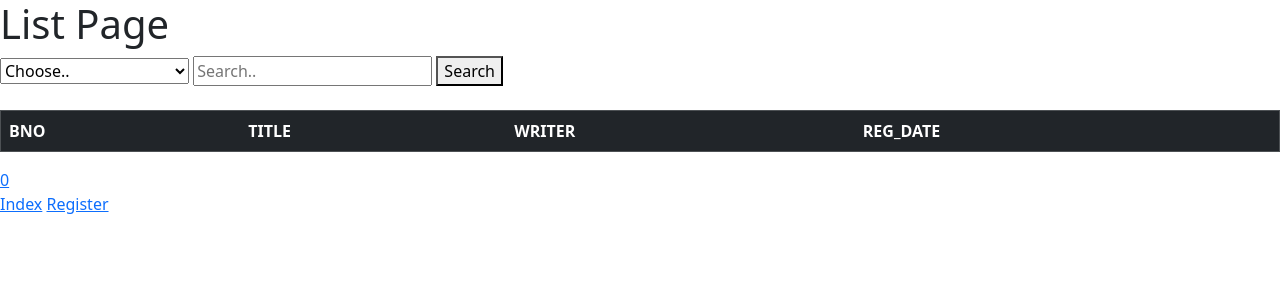
Repository: Leesunghoon1/brd_mem
Page: http://localhost/jps_BoardMember/board/list.jsp
An editor plug-in stored every save of this project. The page is shown before and after the next save, followed by the edit.
The browser window is 1280 px wide. The pictures show the whole page.
The page is served by Tomcat 9. Other server files are loaded and not shown. The template is opened directly, without the code that normally fills it, so the values that code supplies are empty.

Above is the page before, as saved 2023-09-12 10:27:50.

### jps_BoardMember/src/main/webapp/board/list.jsp
<%@ page language="java" contentType="text/html; charset=UTF-8"
    pageEncoding="UTF-8"%>
<%@ taglib prefix="c" uri="http://java.sun.com/jsp/jstl/core" %>
<!DOCTYPE html>
<html>
<head>
<meta charset="UTF-8">
<title>Insert title here</title>
<link href="https://cdn.jsdelivr.net/npm/bootstrap@5.3.1/dist/css/bootstrap.min.css" rel="stylesheet" integrity="sha384-4bw+/aepP/YC94hEpVNVgiZdgIC5+VKNBQNGCHeKRQN+PtmoHDEXuppvnDJzQIu9" crossorigin="anonymous">
<script src="https://cdn.jsdelivr.net/npm/bootstrap@5.3.1/dist/js/bootstrap.bundle.min.js" integrity="sha384-HwwvtgBNo3bZJJLYd8oVXjrBZt8cqVSpeBNS5n7C8IVInixGAoxmnlMuBnhbgrkm" crossorigin="anonymous"></script>
</head>
<body>
   <h1>List Page</h1>
   <!-- 검색 구역 -->
   <div>
       <form action="/brd/pageList" method="get">
          <div>
          <c:set value="${ph.pgvo.type }" var="typed"></c:set>
             <select name="type">
                <option ${typed == null? 'selected':''}>Choose..</option>
                <option value="t" ${typed eq 't'? 'selected':''}>title</option>
                <option value="w" ${typed eq 'w'? 'selected':''}>writer</option>
                <option value="c" ${typed eq 'c'? 'selected':''}>content</option>
                <option value="tw" ${typed eq 'tw'? 'selected':''}>title + writer</option>
                <option value="tc" ${typed eq 'tc'? 'selected':''}>title + content</option>
                <option value="wc" ${typed eq 'wc'? 'selected':''}>writer + content</option>
                <option value="twc" ${typed eq 'twc'? 'selected':''}>title + content + writer</option>
             </select>
             <input type="text" name="keyword" value="${ph.pgvo.keyword }" placeholder="Search..">
             <input type="hidden" name="pageNo" value="${ph.pgvo.pageNo }">
             <input type="hidden" name="qty" value="${ph.pgvo.qty }">
             ${ph.totalCount }
             <button type="submit">Search</button>
          </div>

       </form>
   </div>
   <br>
   <table border="1" class="table table-dark table-hover">
      <tr>
         <th>BNO</th>
         <th>TITLE</th>
         <th>WRITER</th>
         <th>REG_DATE</th>
      </tr>

      <c:forEach items="${list }" var="bvo">
         <tr>
            <td><a href="/brd/detail?bno=${bvo.bno }">${bvo.bno }</a></td>
            <td><a href="/brd/detail?bno=${bvo.bno }">${bvo.title }</a></td>
            <td>${bvo.writer }</td>
            <td>${bvo.regdate }</td>
         </tr>
      </c:forEach>
   </table>
   <!-- 페이지네이션 표시 구역 -->
   <div>
      <!-- prev -->
      <c:if test="${ph.prev }">
         <a href="/brd/pageList?pageNo=${ph.startPage-1 }&qty=${ph.pgvo.qty}&type=${ph.pgvo.type}&keyword=${ph.pgvo.keyword}"> ◁ | </a>
      </c:if>

      <c:forEach begin="${ph.startPage }" end="${ph.endPage }" var="i">
          <a href="/brd/pageList?pageNo=${i }&qty=${ph.pgvo.qty}&type=${ph.pgvo.type}&keyword=${ph.pgvo.keyword}">${i } </a>
      </c:forEach>

      <!-- next -->
      <c:if test="${ph.next }">
         <a href="/brd/pageList?pageNo=${ph.endPage+1 }&qty=${ph.pgvo.qty}&type=${ph.pgvo.type}&keyword=${ph.pgvo.keyword}"> | ▷ </a>
      </c:if>

   </div>

   <a href="/index.jsp">Index</a>
   <a href="/brd/register">Register</a>
</body>
</html>

After the next save:
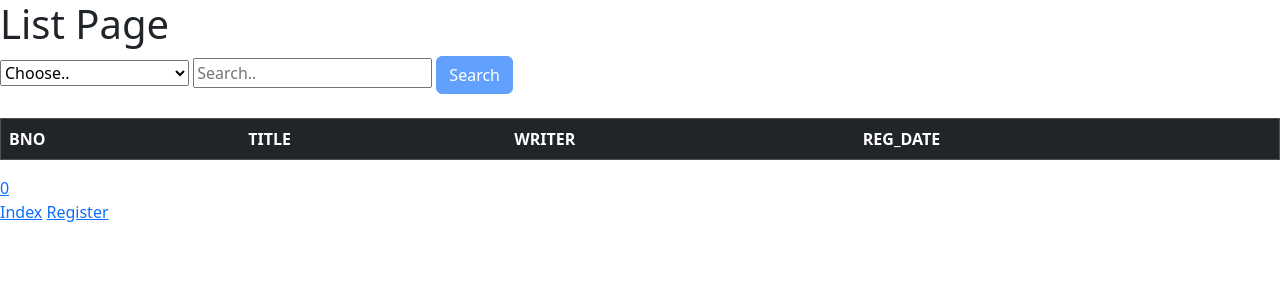
Saved 3 min 6 s later.
--- a/jps_BoardMember/src/main/webapp/board/list.jsp
+++ b/jps_BoardMember/src/main/webapp/board/list.jsp
@@ -30,7 +30,7 @@
              <input type="hidden" name="pageNo" value="${ph.pgvo.pageNo }">
              <input type="hidden" name="qty" value="${ph.pgvo.qty }">
              ${ph.totalCount }
-             <button type="submit">Search</button>
+             <button type="submit" class="btn btn-primary" disabled>Search</button>
           </div>
 
        </form>
